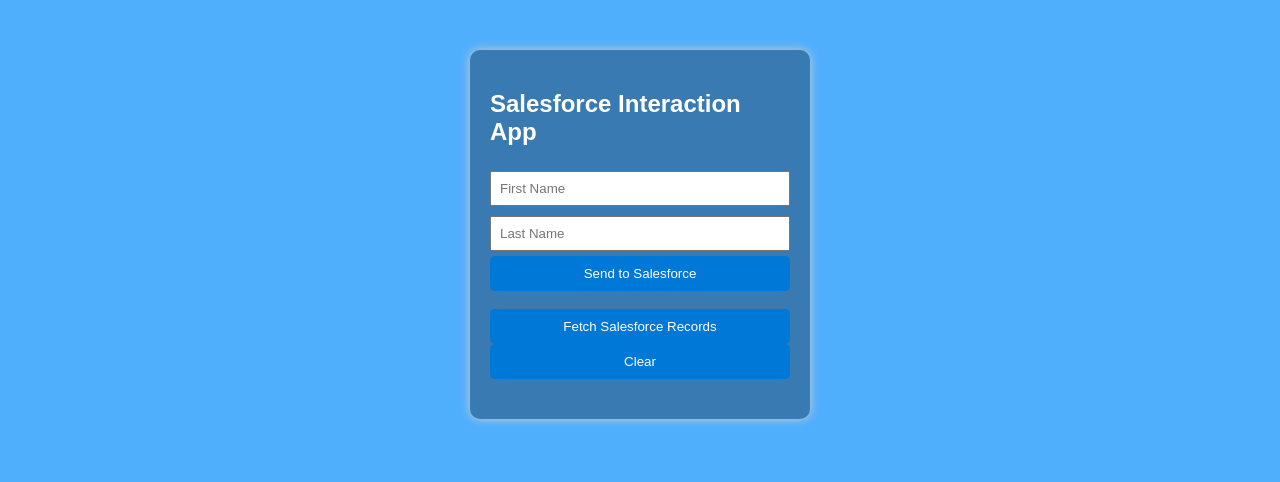
Repository: PamodaW/SalesforceSync
Page: Client/index.html
The author's editor kept a copy of each file at every save. The page is drawn from the files as they stood at one save, then again after a run of saves.
The browser window is 1280 px wide. The pictures show the whole page.

Above is the page before, as saved 2024-11-20 15:34:39.

### Client/index.html
<!DOCTYPE html>
<html lang="en">
<head>
    <meta charset="UTF-8">
    <meta name="viewport" content="width=device-width, initial-scale=1.0">
    <link rel="stylesheet" href="style.css">
    <title>Salesforce Web App</title>
</head>
<body>
    <div class="Clouds"></div>
    <div class="Clouds"></div>
    <div class="Clouds"></div>
    <div class="container">
        <h2>Salesforce Interaction App</h2>
        <form id="salesforceForm">
            <input type="text" id="firstName" placeholder="First Name" required>
            <input type="text" id="lastName" placeholder="Last Name" required>
            <br/>
            <button type="button" onclick="createRecord()">Send to Salesforce</button>
        </form>
        <br/>
        <button onclick="fetchRecords()">Fetch Salesforce Records</button>
        <br/>
        <button onclick="ClearArea()">Clear</button>
        <div id="output"></div>
    </div>
    <script src="script.js"></script>
</body>
</html>

### Client/style.css
body {
    font-family: Arial, sans-serif;
    background-color: #50affd;
}

.container {
    width: 300px;
    margin: 50px auto;
    padding: 20px;
    background: white;
    border-radius: 10px;
    box-shadow: 0 0 10px #ccc;
    background-color: rgba(0, 0, 0, 0.3); /* 30% transparent black background */
    color: #ffffff; /* Text color remains opaque */
}

input {
    width: 100%;
    padding: 8px;
    margin: 5px 0;
    box-sizing: border-box;
}

button {
    width: 100%;
    padding: 10px;
    background: #0078d7;
    color: white;
    border: none;
    border-radius: 5px;
    cursor: pointer;
}

button:hover {
    background: #0056a6;
}

#output {
    margin-top: 20px;
}

### Client/script.js
const consumerKey = "3MVG9DREgiBqN9Wn1tmI.eQb32fXpKrWsCOiPp9anMP.XOEs3Rv7Ic_w7Q17wlZtloetkekoWTk5wvuYA8eFB";
const consumerSecret = "A0E8A1E3413392B2C6332CBA430EEA0D6A9BF24CEB56DDAEEF33126583276774";
const username = "pamodaw@gmail.com";
const password = "Pamzi2020yBm8RGuqKhuSUMUayOxBCQAk";

let accessToken = "";

async function authenticate() {
    try {
        const response = await fetch('http://localhost:3000/authenticate', {
            method: 'POST',
            headers: {
                'Content-Type': 'application/json',
            },
        });

        const data = await response.json();
        if (data.access_token) {
            accessToken = data.access_token;
            instanceUrl = data.instance_url;
            console.log('Authenticated successfully');
        } else {
            console.error('Authentication failed', data);
            alert("Authentication failed: " + JSON.stringify(data));
        }
    } catch (error) {
        console.error('Error during authentication', error);
    }
}


// Step 2: Create a Record in Salesforce
// Assuming the accessToken and instanceUrl are set after authentication

async function createRecord() {
    if (!accessToken || !instanceUrl) {
        await authenticate();
    }

    if (accessToken && instanceUrl) {
        const firstName = document.getElementById("firstName").value;
        const lastName = document.getElementById("lastName").value;

        const newContact = {
            FirstName: firstName,
            LastName: lastName,
        };

        try {
            const response = await fetch('http://localhost:3000/createContact', {  // Matches the server port
                method: 'POST',
                headers: {
                    'Content-Type': 'application/json',
                },
                body: JSON.stringify({
                    accessToken: accessToken,
                    instanceUrl: instanceUrl,
                    contactData: newContact,
                }),
            });

            const data = await response.json();

            if (data.id) {
                console.log('Contact created successfully', data);
                alert(`Contact created successfully: ${data.id}`);
            } else {
                console.error('Failed to create contact', data);
                alert("Failed to create contact: " + JSON.stringify(data));
            }
        } catch (error) {
            console.error('Error during contact creation', error);
        }
    } else {
        console.error('Authentication failed. Cannot create record.');
    }
}



// Step 3: Fetch Records from Salesforce
async function fetchRecords() {
    if (!accessToken || !instanceUrl) {
        await authenticate();
    }

    if (accessToken && instanceUrl) {
        try {
            const response = await fetch('http://localhost:3000/getContacts', {
                method: 'POST',
                headers: {
                    'Content-Type': 'application/json',
                },
                body: JSON.stringify({
                    accessToken: accessToken,
                    instanceUrl: instanceUrl,
                }),
            });

            const contacts = await response.json();

            if (Array.isArray(contacts)) {
                console.log('Contacts fetched successfully:', contacts);
                let output = "<h3>Fetched Contacts:</h3>";
                contacts.forEach(contact => {
                    output += `<p>${contact.FirstName} ${contact.LastName}</p>`;
                });
                document.getElementById('output').innerHTML = output;
            } else {
                console.error('Failed to fetch contacts', contacts);
                alert("Failed to fetch contacts: " + JSON.stringify(contacts));
            }
        } catch (error) {
            console.error('Error during contact fetch', error);
        }
    } else {
        console.error('Authentication failed. Cannot fetch contacts.');
    }
}

//clear the Area
async function ClearArea(){
    document.getElementById('output')
            .innerHTML = "";
}

After the next 3 saves:
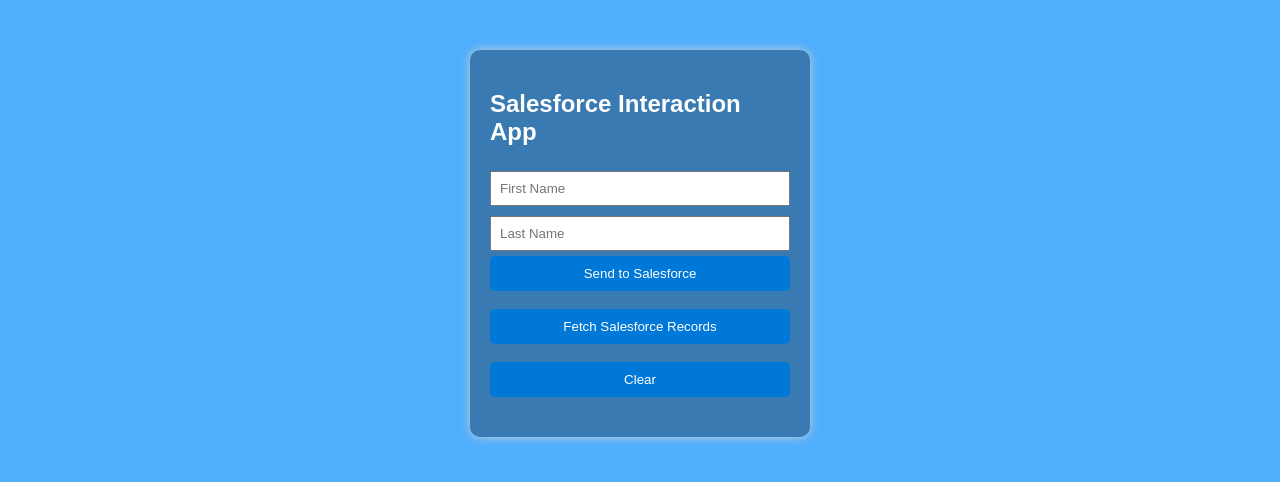
The 3 saves are shown as one change because they came seconds apart.
The last was saved 9 s later.
--- a/Client/index.html
+++ b/Client/index.html
@@ -20,7 +20,7 @@
         </form>
         <br/>
         <button onclick="fetchRecords()">Fetch Salesforce Records</button>
-        <br/>
+        <br/><br>
         <button onclick="ClearArea()">Clear</button>
         <div id="output"></div>
     </div>
